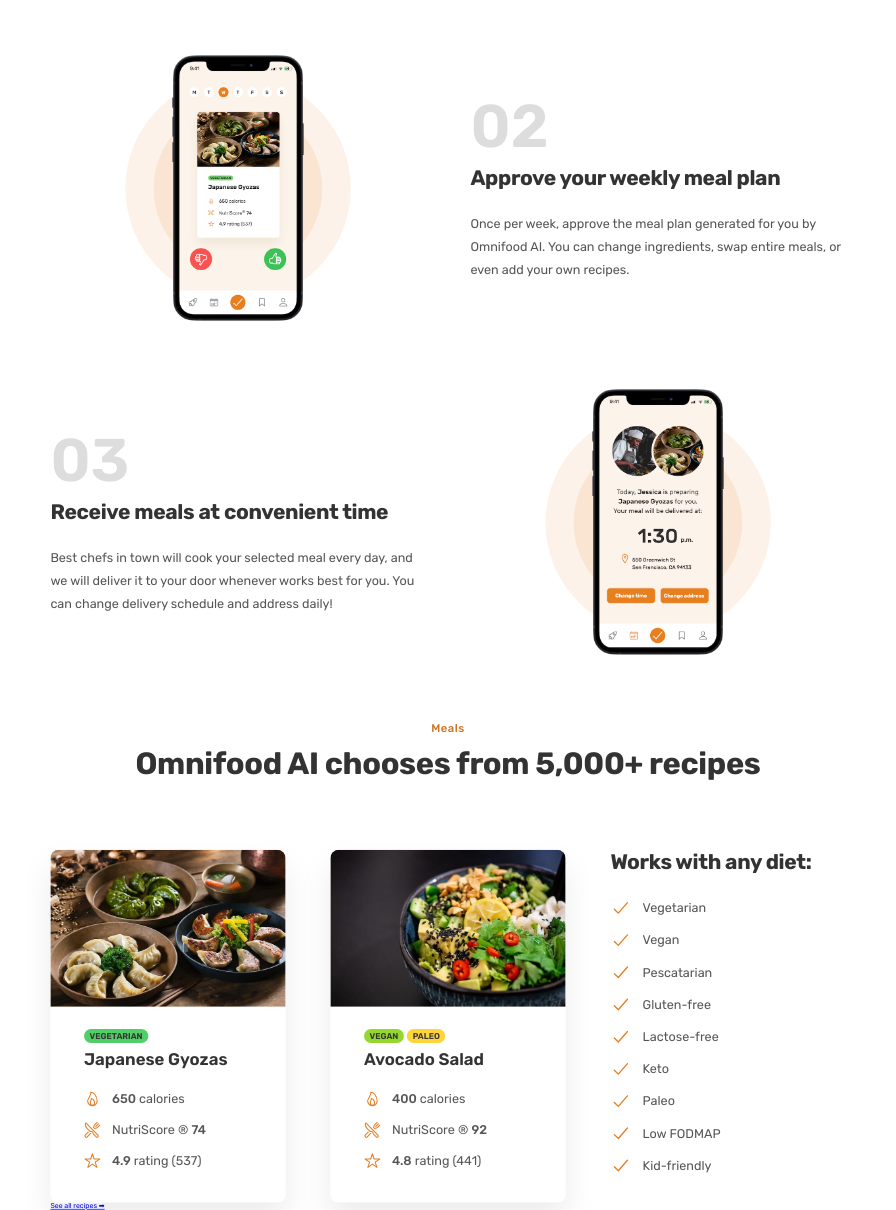
Repository: TranPhucThinh/Omnifood
Page: index.html
An editor plug-in stored every save of this project. The page is shown before and after the next save, followed by the edit.
The browser window is 1280 px wide. The pictures show the part of the page from y = 1620 to 3540 px (the page is 3349 px tall before and 3540 px after), at 70% of full size.

Above is the page before, as saved 2022-08-06 00:03:26.

After the next save:
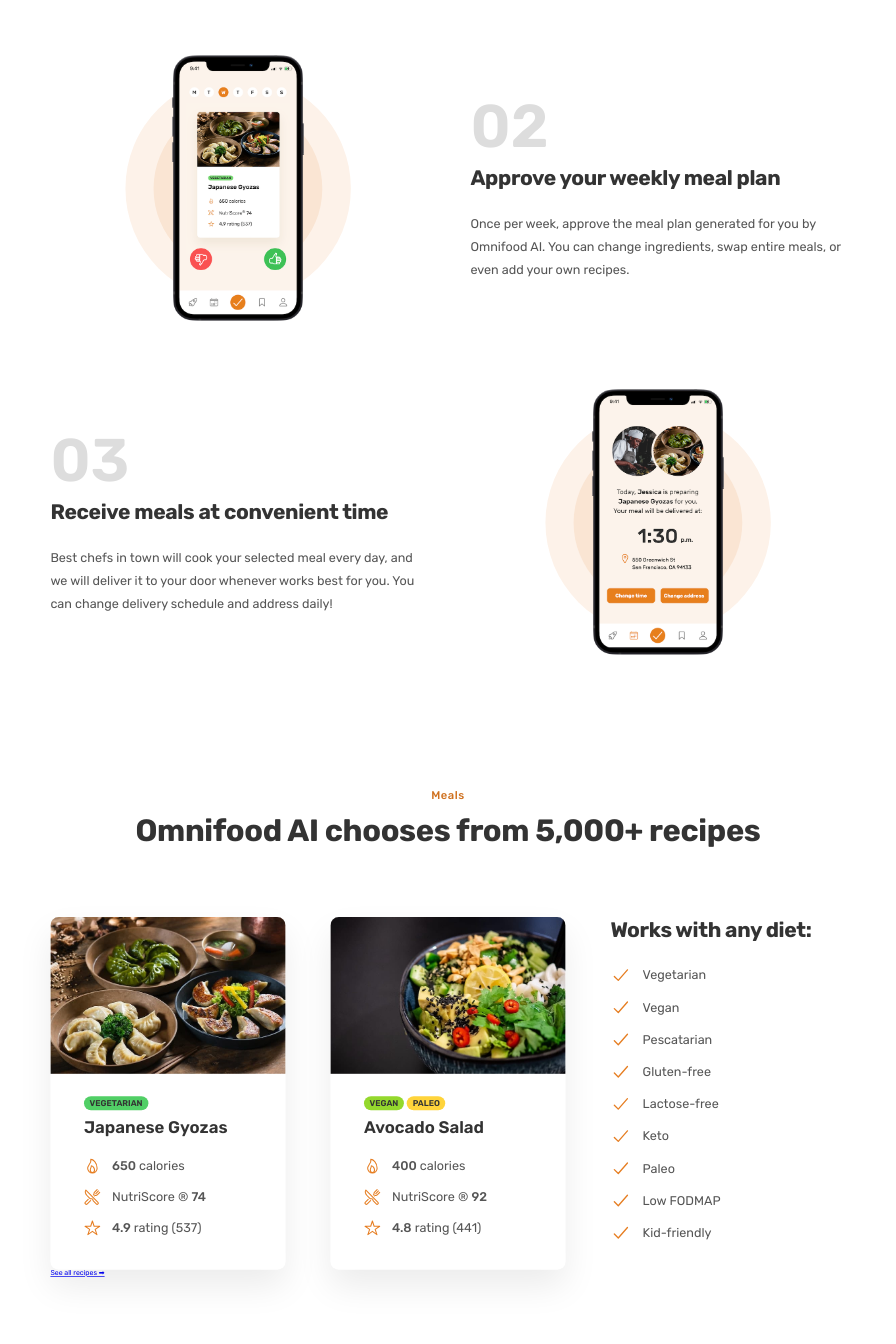
Saved 44 s later.
--- a/assets/styles/style.css
+++ b/assets/styles/style.css
@@ -177,6 +177,9 @@
 /* End of Section how it works */
 
 /* Section meals */
+.section-meals {
+  padding: 9.6rem 0;
+}
 .meal {
   border-radius: 12px;
   overflow: hidden;
